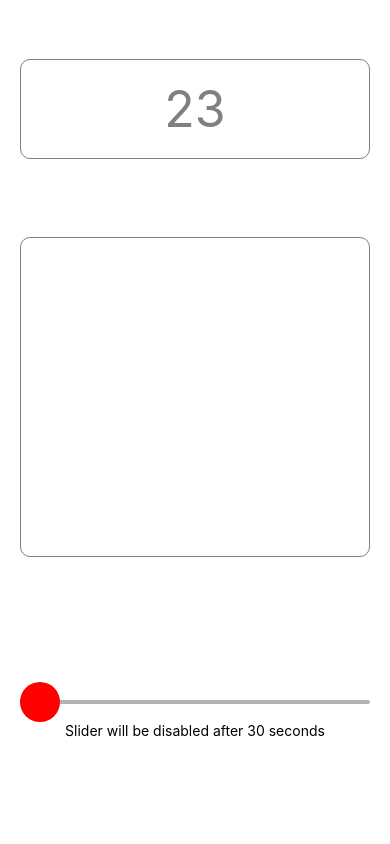
Repository: sonnke/imageResizer
Screen: /
The author's editor kept a copy of each file at every save. The screen is drawn from the files as they stood at one save, then again after the next save.
Pictures or frames that could not be fetched are drawn as grey boxes. The app was drawn by React Native's web renderer in a window 390 px wide. The project was rebuilt for these pictures with package versions that can differ from the ones it lists, and the page was loaded fresh each time.

Above is the screen before, as saved 2020-02-02 22:28:41.

### App.tsx
import React, { useState } from 'react';
import { Image, StyleSheet, Text, View } from 'react-native';
import { Slider } from 'react-native-elements';
import styled from 'styled-components/native';

import imageSource from './images.jpeg';

const MainContainer = styled.View`
  flex: 1;
  flex-direction: column;
  align-items: center;
  justify-content: space-around;
  padding: 20px;
`;

const StopWatch = styled.View`
  width: 100%;
  height: 100px;
  border-width: 1px;
  border-color: grey;
  border-radius: 10px;
  justify-content: center;
  align-items: center;
`;

const ImageContainer = styled.View`
  width: 100%;
  height: 320px;
  border-width: 1px;
  border-color: grey;
  border-radius: 10px;
  justify-content: center;
  align-items: center;
`;

const SliderContainer = styled.View`
  width: 100%;
  height: 150px;
  border-color: red;
  border-radius: 10px;
  justify-content: center;
  align-items: center;
`;

const Graphic = styled.Image`
  height: ${({ imgSize }) => imgSize}px;
  border-radius: 10px;
`;

const StopWatchText = styled.Text`
  font-size: 50px;
  color: grey;
`;

export default function App() {
  const [sliderNum, setSliderNum] = useState<number>(0); //slider values
  const [imageSize, setImageSize] = useState<number>(150); //default image height
  const [toggleSlider, setToggleSlider] = useState<boolean>(false); //disable or enable slider
  const [seconds, setSeconds] = useState<number>(0); //seconds for a timer

  //set Slider values
  const setSliderValue = (value: number) => {
    //parse slider value to float number and set 2 decimal values
    const sliderValue = parseFloat(value.toFixed(2));

    //Sum of slider value and default image height of 150
    const totalImgSize = sliderValue + 150;

    //set values to a state
    setSliderNum(sliderValue);
    setImageSize(totalImgSize);
  };

  const stopWatch = () => {
    const sec = new Date().getSeconds();

    //If 30 seconds, then disable slider
    if (sec === 30) {
      setToggleSlider(true);
    }

    //if less then 30 seconds then enable slider
    if (sec === 0) {
      setToggleSlider(false);
    }

    //save seconds for display
    setSeconds(sec);
  };

  //executes every 1 seconds
  setInterval(stopWatch, 1000);

  //Message
  const message = `Slider will be ${
    toggleSlider ? `enabled` : `disabled`
  } after 30 seconds`;

  return (
    <MainContainer>
      <StopWatch>
        <StopWatchText>{seconds}</StopWatchText>
      </StopWatch>
      <ImageContainer>
        <Graphic
          imgSize={imageSize}
          resizeMode={"contain"}
          source={imageSource}
        />
      </ImageContainer>
      <SliderContainer>
        <Slider
          disabled={toggleSlider}
          value={sliderNum}
          onValueChange={setSliderValue}
          maximumValue={100}
          minimumValue={0}
          animateTransitions={true}
          minimumTrackTintColor={"#808080"}
          trackStyle={{
            width: 350
          }}
          thumbStyle={{
            backgroundColor: toggleSlider ? "#808080" : "red"
          }}
        />
        <Text>{message}</Text>
      </SliderContainer>
    </MainContainer>
  );
}

### src/components/StyledView.tsx
import React, { useState } from 'react';
import { Image, StyleSheet, Text, View } from 'react-native';
import { Slider } from 'react-native-elements';
import styled from 'styled-components/native';

const MainContainer = styled.View`
  flex: 1;
  flex-direction: column;
  align-items: center;
  justify-content: space-around;
  padding: 20px;
`;

const StopWatch = styled.View`
  width: 100%;
  height: 100px;
  border-width: 1px;
  border-color: grey;
  border-radius: 10px;
  justify-content: center;
  align-items: center;
`;

const ImageContainer = styled.View`
  width: 100%;
  height: 320px;
  border-width: 1px;
  border-color: grey;
  border-radius: 10px;
  justify-content: center;
  align-items: center;
`;

const SliderContainer = styled.View`
  width: 100%;
  height: 150px;
  border-color: red;
  border-radius: 10px;
  justify-content: center;
  align-items: center;
`;

const Graphic = styled.Image`
  height: ${({ imgSize }) => imgSize}px;
  border-radius: 10px;
`;

const StopWatchText = styled.Text`
  font-size: 50px;
  color: grey;
`;

const StyledView = ({
  seconds,
  imageSize,
  imageSource,
  toggleSlider,
  sliderNum,
  setSliderValue,
  message
}) => {
  return (
    <MainContainer>
      <StopWatch>
        <StopWatchText>{seconds}</StopWatchText>
      </StopWatch>
      <ImageContainer>
        <Graphic
          imgSize={imageSize}
          resizeMode={"contain"}
          source={imageSource}
        />
      </ImageContainer>
      <SliderContainer>
        <Slider
          disabled={toggleSlider}
          value={sliderNum}
          onValueChange={setSliderValue}
          maximumValue={100}
          minimumValue={0}
          animateTransitions={true}
          minimumTrackTintColor={"#808080"}
          trackStyle={{
            width: 350
          }}
          thumbStyle={{
            backgroundColor: toggleSlider ? "#808080" : "red"
          }}
        />
        <Text>{message}</Text>
      </SliderContainer>
    </MainContainer>
  );
};

export default StyledView;

After the next save:
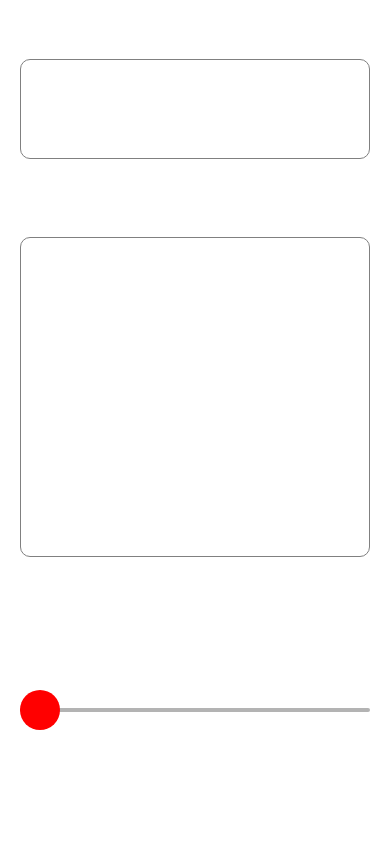
Saved 92 s later.
--- a/App.tsx
+++ b/App.tsx
@@ -1,56 +1,7 @@
 import React, { useState } from 'react';
-import { Image, StyleSheet, Text, View } from 'react-native';
-import { Slider } from 'react-native-elements';
-import styled from 'styled-components/native';
 
 import imageSource from './images.jpeg';
-
-const MainContainer = styled.View`
-  flex: 1;
-  flex-direction: column;
-  align-items: center;
-  justify-content: space-around;
-  padding: 20px;
-`;
-
-const StopWatch = styled.View`
-  width: 100%;
-  height: 100px;
-  border-width: 1px;
-  border-color: grey;
-  border-radius: 10px;
-  justify-content: center;
-  align-items: center;
-`;
-
-const ImageContainer = styled.View`
-  width: 100%;
-  height: 320px;
-  border-width: 1px;
-  border-color: grey;
-  border-radius: 10px;
-  justify-content: center;
-  align-items: center;
-`;
-
-const SliderContainer = styled.View`
-  width: 100%;
-  height: 150px;
-  border-color: red;
-  border-radius: 10px;
-  justify-content: center;
-  align-items: center;
-`;
-
-const Graphic = styled.Image`
-  height: ${({ imgSize }) => imgSize}px;
-  border-radius: 10px;
-`;
-
-const StopWatchText = styled.Text`
-  font-size: 50px;
-  color: grey;
-`;
+import StyledView from './src/components/StyledView';
 
 export default function App() {
   const [sliderNum, setSliderNum] = useState<number>(0); //slider values
@@ -96,36 +47,5 @@ export default function App() {
     toggleSlider ? `enabled` : `disabled`
   } after 30 seconds`;
 
-  return (
-    <MainContainer>
-      <StopWatch>
-        <StopWatchText>{seconds}</StopWatchText>
-      </StopWatch>
-      <ImageContainer>
-        <Graphic
-          imgSize={imageSize}
-          resizeMode={"contain"}
-          source={imageSource}
-        />
-      </ImageContainer>
-      <SliderContainer>
-        <Slider
-          disabled={toggleSlider}
-          value={sliderNum}
-          onValueChange={setSliderValue}
-          maximumValue={100}
-          minimumValue={0}
-          animateTransitions={true}
-          minimumTrackTintColor={"#808080"}
-          trackStyle={{
-            width: 350
-          }}
-          thumbStyle={{
-            backgroundColor: toggleSlider ? "#808080" : "red"
-          }}
-        />
-        <Text>{message}</Text>
-      </SliderContainer>
-    </MainContainer>
-  );
+  return <StyledView />;
 }
